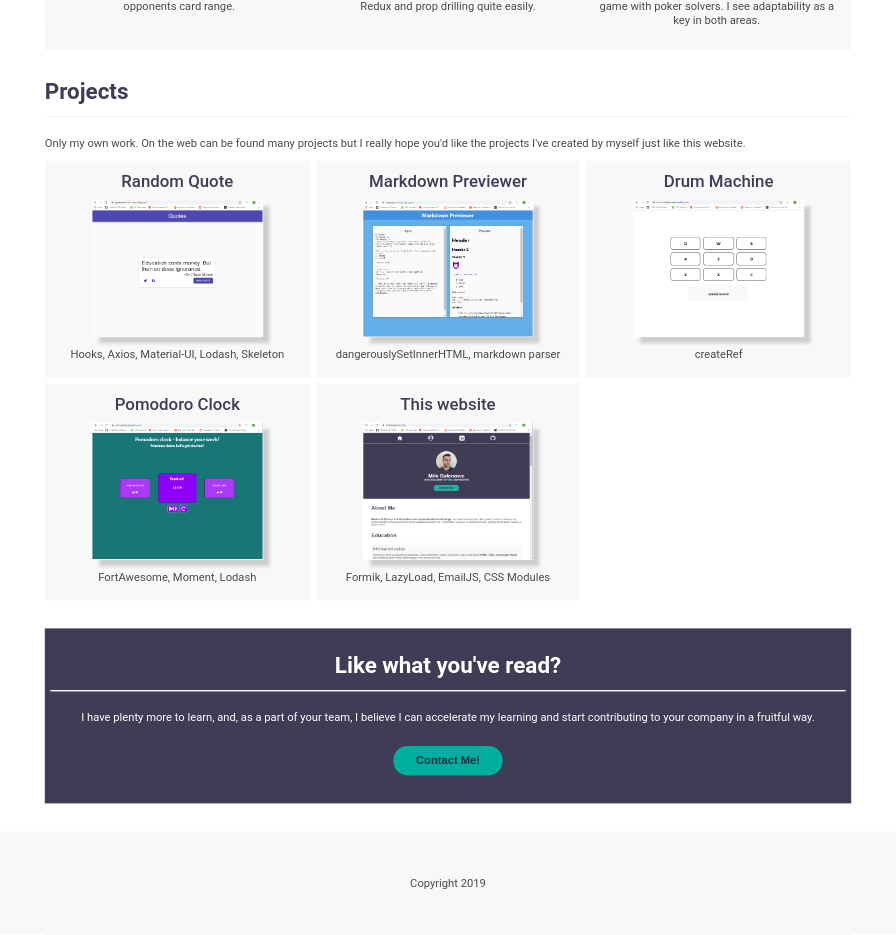
Repository: milac0/my-website
Page: /
An editor plug-in stored every save of this project. The page is shown before and after the next save, followed by the edit.
The browser window is 1280 px wide. The pictures show the part of the page from y = 1514 to 3434 px (the page is 2849 px tall before and 5978 px after), at 70% of full size.
The project was rebuilt for these pictures with package versions that can differ from the ones it lists, and the page was loaded fresh each time. Also part of the build but not shown: src/components/formContact.module.css, src/components/FormContact.js, src/pages/contact.module.css, src/pages/Contact.js. Imported but missing from the stored project, and not drawn on this page: src/resume.pdf.

Above is the page before, as saved 2019-10-29 20:24:39.

After the next save:
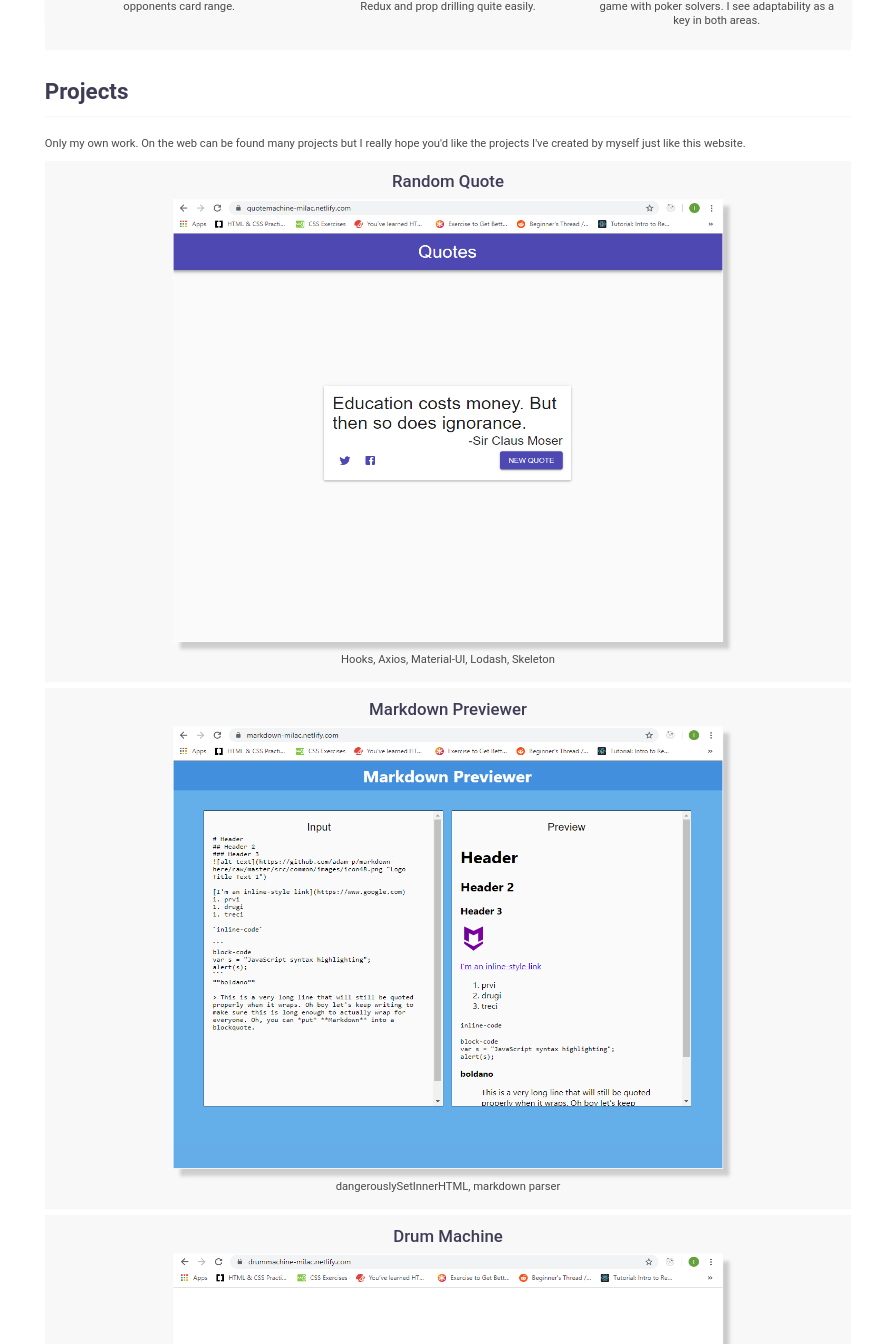
Saved 48 s later.
--- a/src/index.css
+++ b/src/index.css
@@ -268,10 +268,9 @@
   font-family: 'Roboto', sans-serif;
 }
 
-@media (min-width: 580px) {
+/* @media (min-width: 580px) {
   .projects {
     display: grid;
-    /* grid-template-columns: repeat(auto-fill,minmax(200px, 0.75fr)); */
     grid-template-columns: 1fr 1fr;
     grid-gap: 0.5em;
    }
@@ -279,7 +278,7 @@
     .projects article {
     margin: 0;
 }
-}
+} */
 
 @media (min-width: 752px) {
   nav li {

After the save that followed:
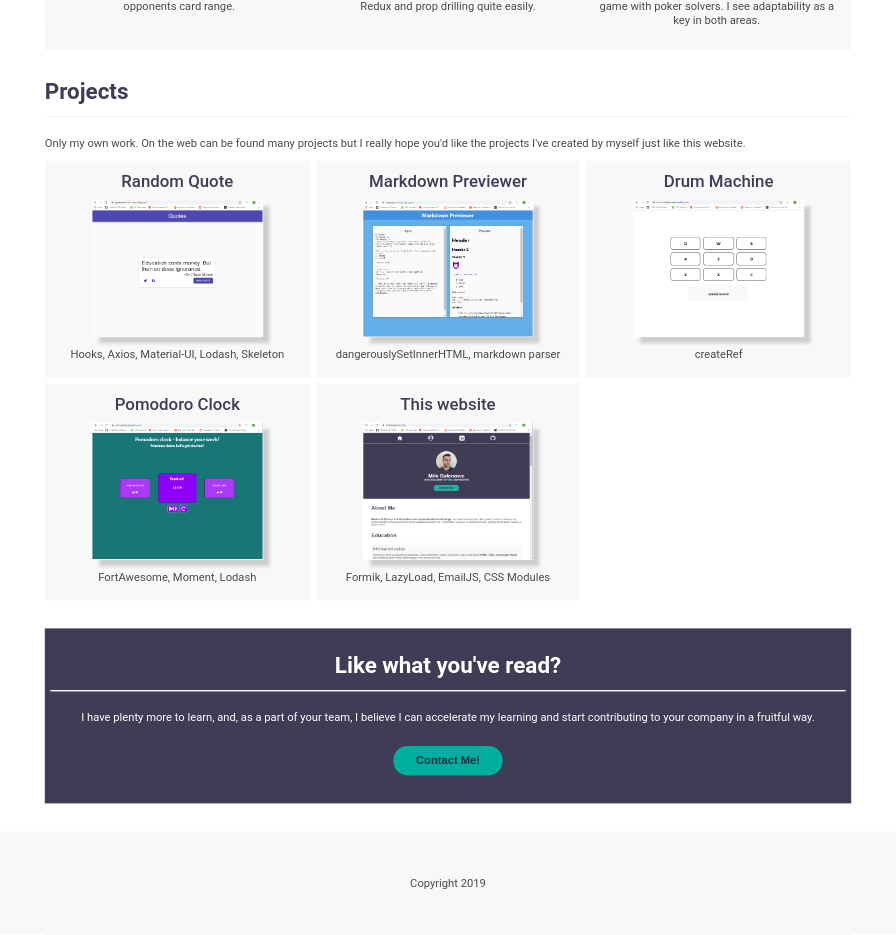
Saved 87 s later.
--- a/src/index.css
+++ b/src/index.css
@@ -268,7 +268,7 @@
   font-family: 'Roboto', sans-serif;
 }
 
-/* @media (min-width: 580px) {
+@media (min-width: 580px) {
   .projects {
     display: grid;
     grid-template-columns: 1fr 1fr;
@@ -278,7 +278,7 @@
     .projects article {
     margin: 0;
 }
-} */
+}
 
 @media (min-width: 752px) {
   nav li {
